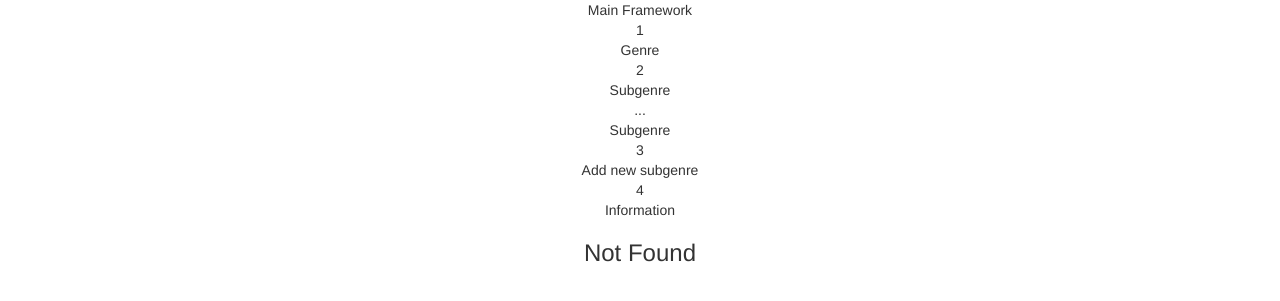
Repository: GregorPiev/angularjs-add-book
Page: index.html
The author's editor kept a copy of each file at every save. The page is drawn from the files as they stood at one save, then again after the next save.
The browser window is 1280 px wide. The pictures show the whole page.

Above is the page before, as saved 2020-09-23 21:35:08.

After the next save:
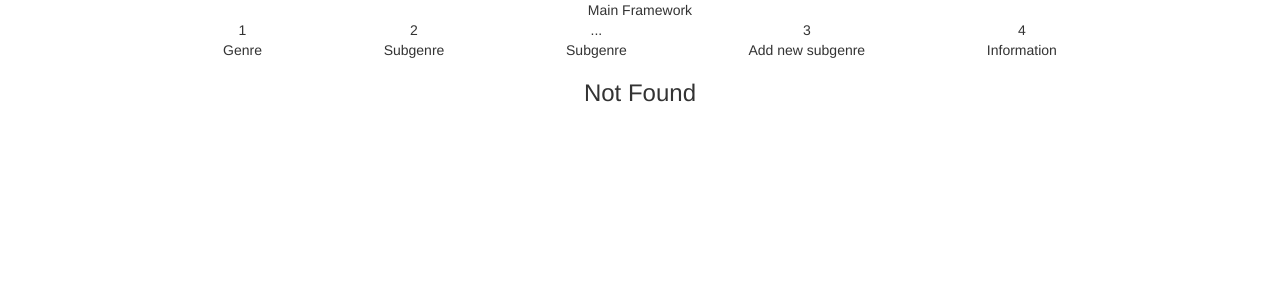
Saved 83 s later.
--- a/app/style/style.css
+++ b/app/style/style.css
@@ -45,3 +45,10 @@ label.check {
   font-size: 24px;
   margin-bottom: 30px;
 }
+.block-step {
+  display: flex;
+  align-items: stretch;
+  flex-wrap: wrap;
+  justify-content: space-between;
+  align-content: space-between;
+}
